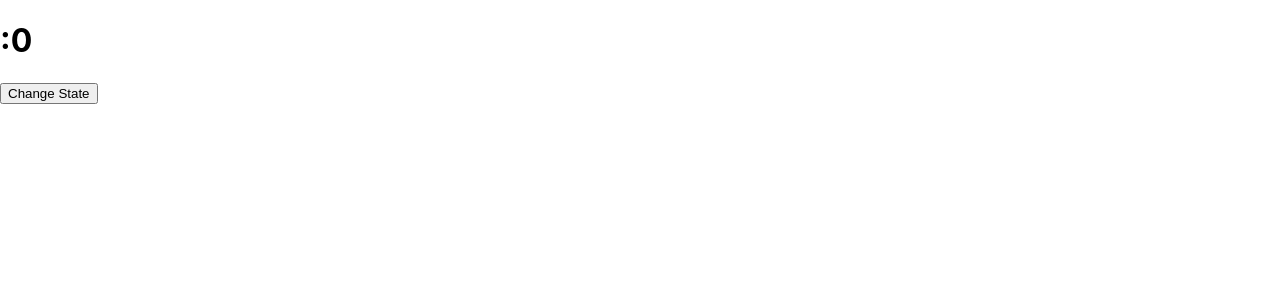
Repository: bhaveshtrades/reactpractice
Page: / (app in reactpractice/)
The author's editor kept a copy of each file at every save. The page is drawn from the files as they stood at one save, then again after the next save.
The browser window is 1280 px wide. The pictures show the whole page.
The project was rebuilt for these pictures with package versions that can differ from the ones it lists, and the page was loaded fresh each time. Also part of the build but not shown: reactpractice/src/App.css.

Above is the page before, as saved 2022-08-18 03:18:39.

### reactpractice/src/App.js
import logo from './logo.svg';
import './App.css';
import Button from './components/Button';

function App() {
  return (
    <div>
      <Button></Button>
    </div>
  );
}

export default App;

### reactpractice/src/components/Button.jsx
import React, { useState } from 'react'
import hocButton from './Hoc';

function Button({name}) {

    const [state, setState] = useState(0);

  return (

    <div>
        <h1>{name}:{state}</h1>
        <button onClick={()=>setState(state + 1)}>Change State</button>
    </div>
  )
}

export default hocButton(Button);

### reactpractice/src/components/Hoc.jsx
import React from 'react';

const hocButton = (Hoccomp)=>{
    const redButton = ()=>{
        return(
            <>
            <Hoccomp style={{backgroundColor: "Red"}}></Hoccomp>
            </>
        )
    }
    return redButton;
}

export default hocButton;

Loaded but not shown: reactpractice/public/index.html (common file); reactpractice/src/index.js (common file); reactpractice/src/index.css (common file); reactpractice/src/reportWebVitals.js (common file)

After the next save:
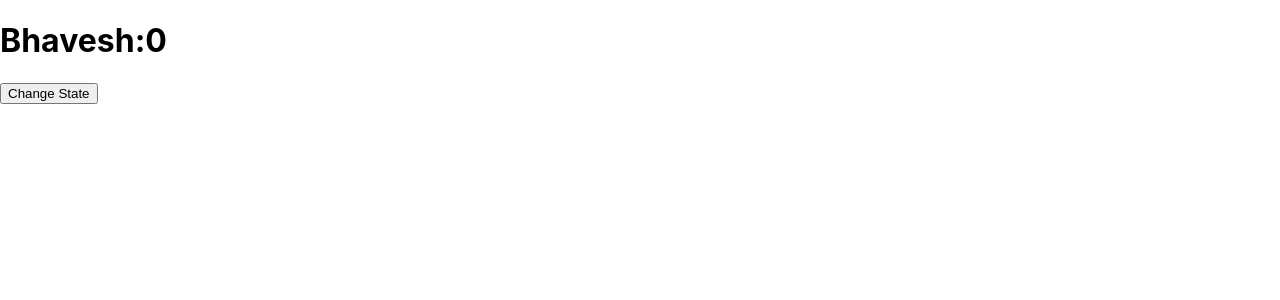
Saved 27 s later.
--- a/reactpractice/src/components/Hoc.jsx
+++ b/reactpractice/src/components/Hoc.jsx
@@ -4,7 +4,7 @@ const hocButton = (Hoccomp)=>{
     const redButton = ()=>{
         return(
             <>
-            <Hoccomp style={{backgroundColor: "Red"}}></Hoccomp>
+            <Hoccomp name="Bhavesh" style={{backgroundColor: "Red"}}></Hoccomp>
             </>
         )
     }
